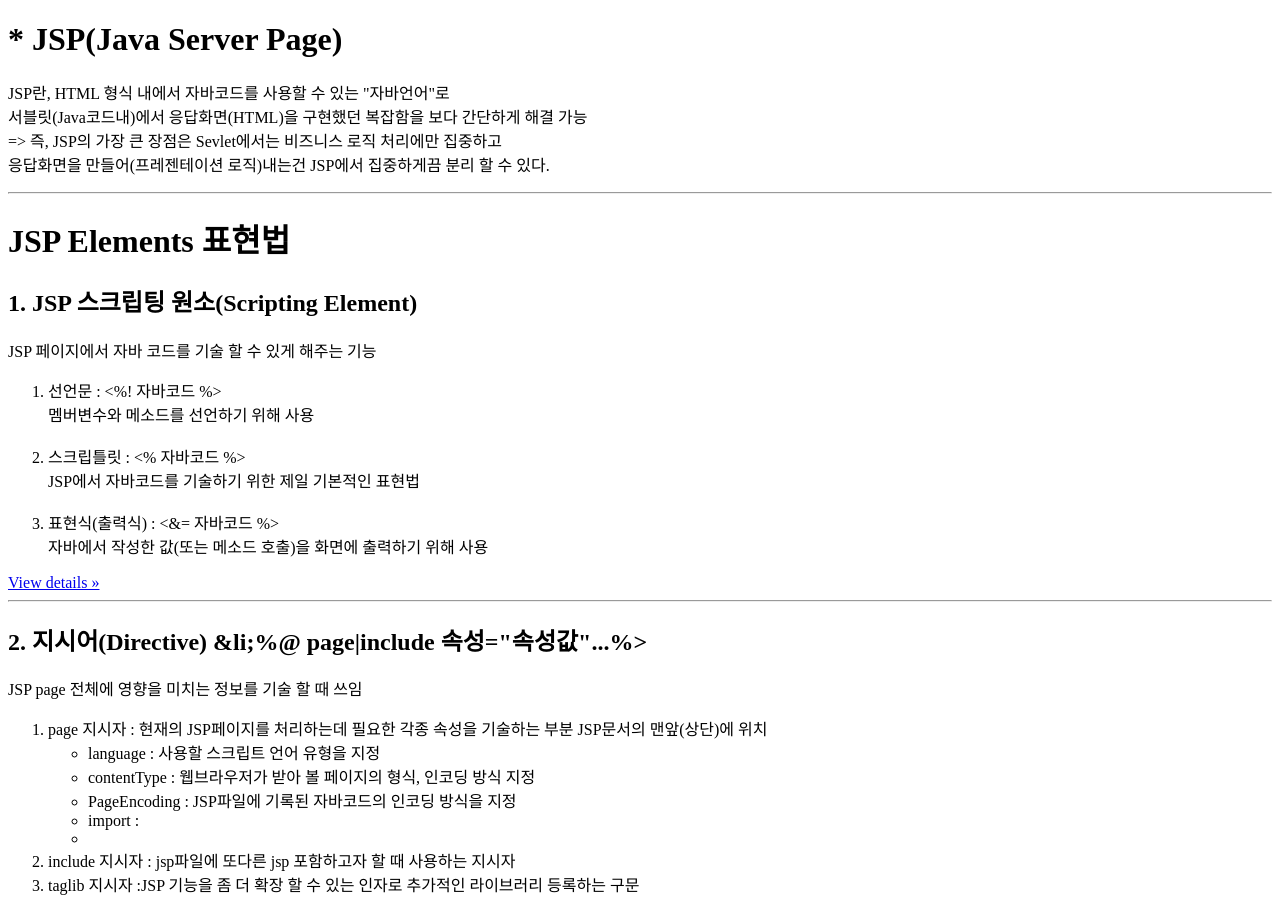
Repository: pje00427/webserver_workspace1
Page: 2_JSP/WebContent/index.html
These files come from the project's save history. The page is drawn as it stood at one moment and after the next save; the edit follows.
The browser window is 1280 px wide. The pictures show the whole page.

Above is the page before, as saved 2020-08-31 02:13:07.

### 2_JSP/WebContent/index.html
<!DOCTYPE html>
<html>
<head>
<meta charset="UTF-8">
<title>Insert title here</title>
</head>
<body>

	<h1>* JSP(Java Server Page)</h1>

	<p>
		JSP란, HTML 형식 내에서 자바코드를 사용할 수 있는 "자바언어"로 <br>
		서블릿(Java코드내)에서 응답화면(HTML)을 구현했던 복잡함을 보다 간단하게 해결 가능<br>
		=> 즉, JSP의 가장 큰 장점은 Sevlet에서는 비즈니스 로직 처리에만 집중하고 <br>
		    응답화면을 만들어(프레젠테이션 로직)내는건 JSP에서 집중하게끔 분리 할 수 있다.
	</p>
	<hr>

	<h1>JSP Elements 표현법</h1>

	<h2>1. JSP 스크립팅 원소(Scripting Element)</h2>
	<p>JSP 페이지에서 자바 코드를 기술 할 수 있게 해주는 기능</p>
	<ol>
		<li>
			선언문 : &lt;%! 자바코드 	%&gt; <br>
			멤버변수와 메소드를 선언하기 위해 사용 <br><br>
		</li>

		<li>
			스크립틀릿 : &lt;% 	자바코드 	%&gt; <br>
			JSP에서 자바코드를 기술하기 위한 제일 기본적인 표현법 <br><br>
		</li>
		<li>
			표현식(출력식) : &lt;&=  자바코드	%&gt;<br>
			자바에서 작성한 값(또는 메소드 호출)을 화면에 출력하기 위해 사용
		</li>

	</ol>

	<a href="views/01_ScriptingElement.jsp">View details &raquo;</a>
	<hr>

	<h2>2. 지시어(Directive) &li;%@ page|include 속성="속성값"...%&gt;</h2>
	<p>JSP page 전체에 영향을 미치는 정보를 기술 할 때 쓰임</p>

	<ol>
		<li>
			page 지시자 : 현재의 JSP페이지를 처리하는데 필요한 각종 속성을 기술하는 부분 JSP문서의 맨앞(상단)에 위치<br>
			<ul>
				<li>language : 사용할 스크립트 언어 유형을 지정</li>
				<li>contentType : 웹브라우저가 받아 볼 페이지의 형식, 인코딩 방식 지정</li>
				<li>PageEncoding : JSP파일에 기록된 자바코드의 인코딩 방식을 지정</li>
				<li>import : </li>
				<li></li>
			</ul>
		</li>
		<li>
			include 지시자 : jsp파일에 또다른 jsp 포함하고자 할 때 사용하는 지시자 <br>
		</li>
		<li>
			taglib 지시자 :JSP 기능을 좀 더 확장 할 수 있는 인자로 추가적인 라이브러리 등록하는 구문 <br>
		</li>
	</ol>



</body>
</html>

After the next save:
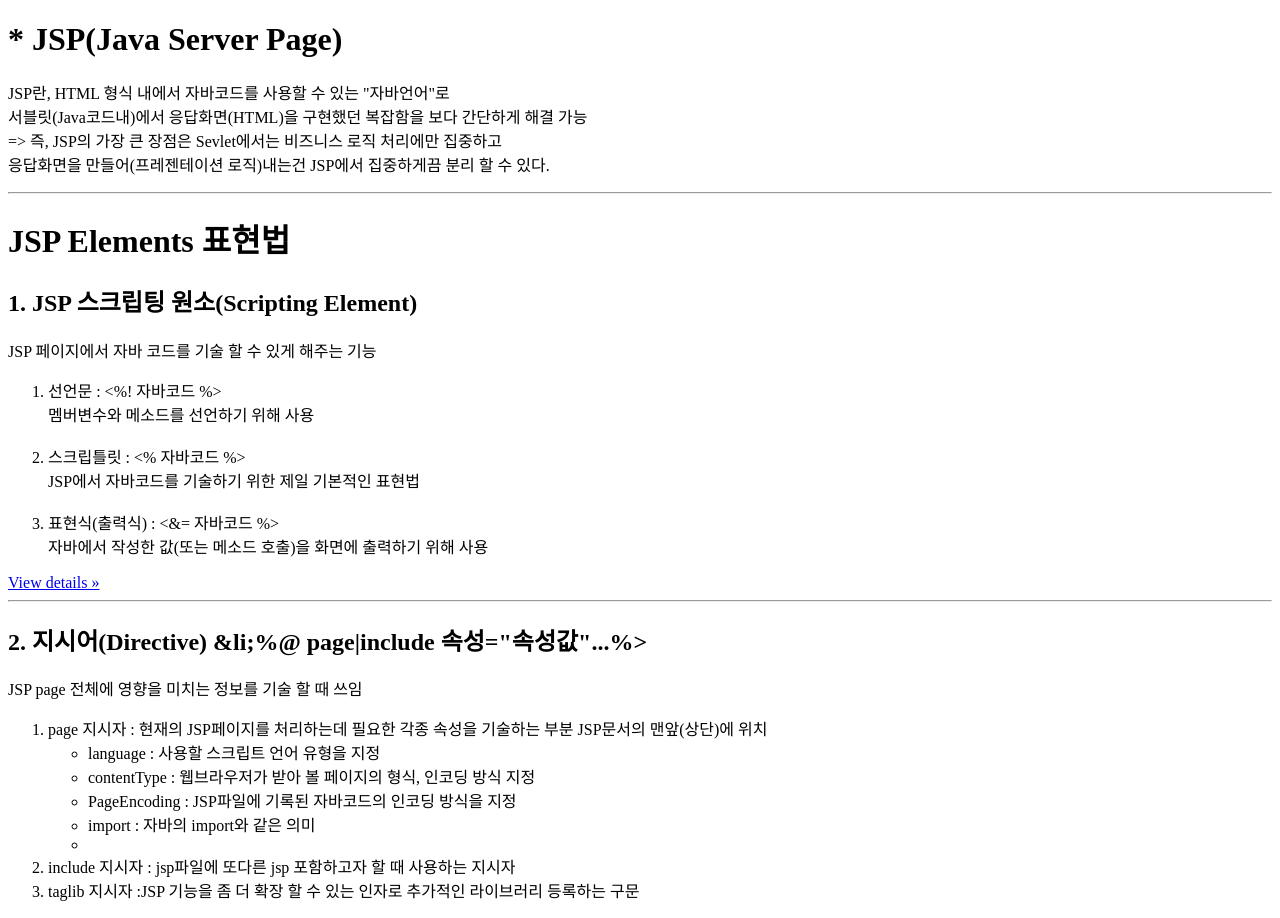
Saved 28 s later.
--- a/2_JSP/WebContent/index.html
+++ b/2_JSP/WebContent/index.html
@@ -50,7 +50,7 @@
 				<li>language : 사용할 스크립트 언어 유형을 지정</li>
 				<li>contentType : 웹브라우저가 받아 볼 페이지의 형식, 인코딩 방식 지정</li>
 				<li>PageEncoding : JSP파일에 기록된 자바코드의 인코딩 방식을 지정</li>
-				<li>import : </li>
+				<li>import : 자바의 import와 같은 의미</li>
 				<li></li>
 			</ul>
 		</li>
